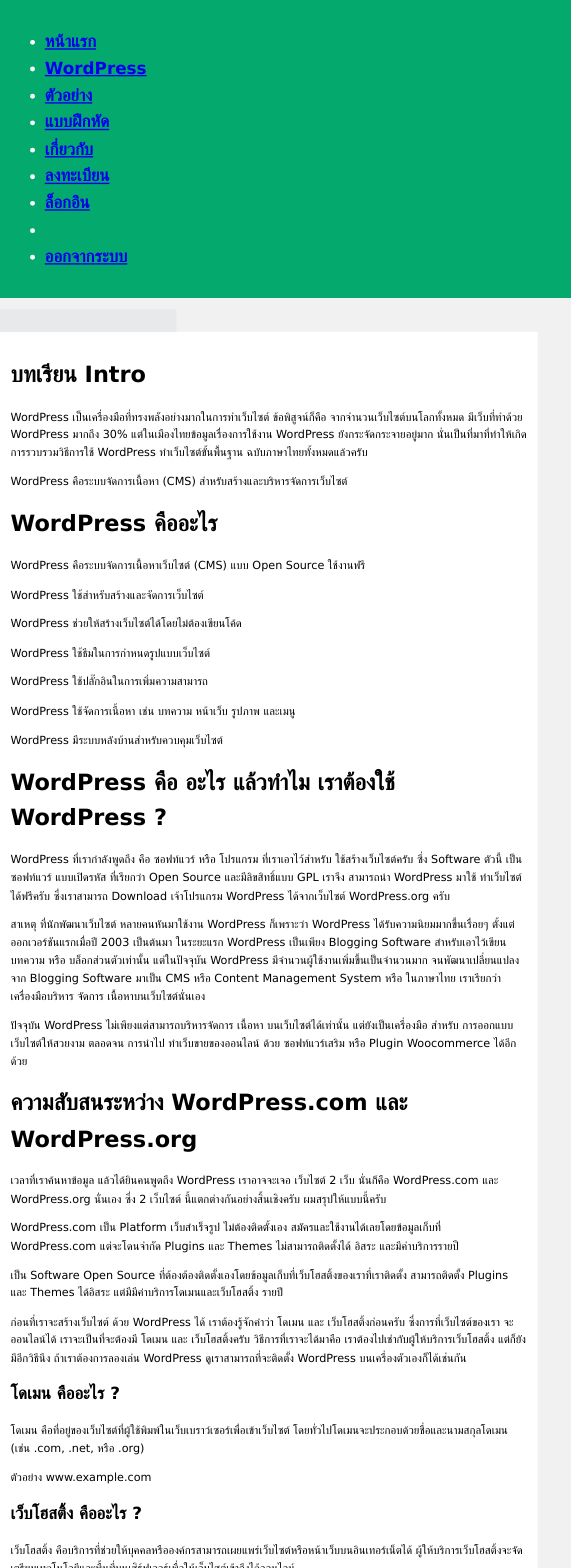
Repository: staggil/thesis
Page: lessons/intro.html
An editor plug-in stored every save of this project. The page is shown before and after the next save, followed by the edit.
The browser window is 768 px wide. The page is 816 px wide, so the pictures cover 816 px, including what lies to the right of the window. The pictures show the part of the page from y = 0 to 2240 px (the page is 3509 px tall before and 3883 px after), at 70% of full size.
The page's requests for data from a server got no answer.

Above is the page before, as saved 2025-12-15 07:09:25.

After the next save:
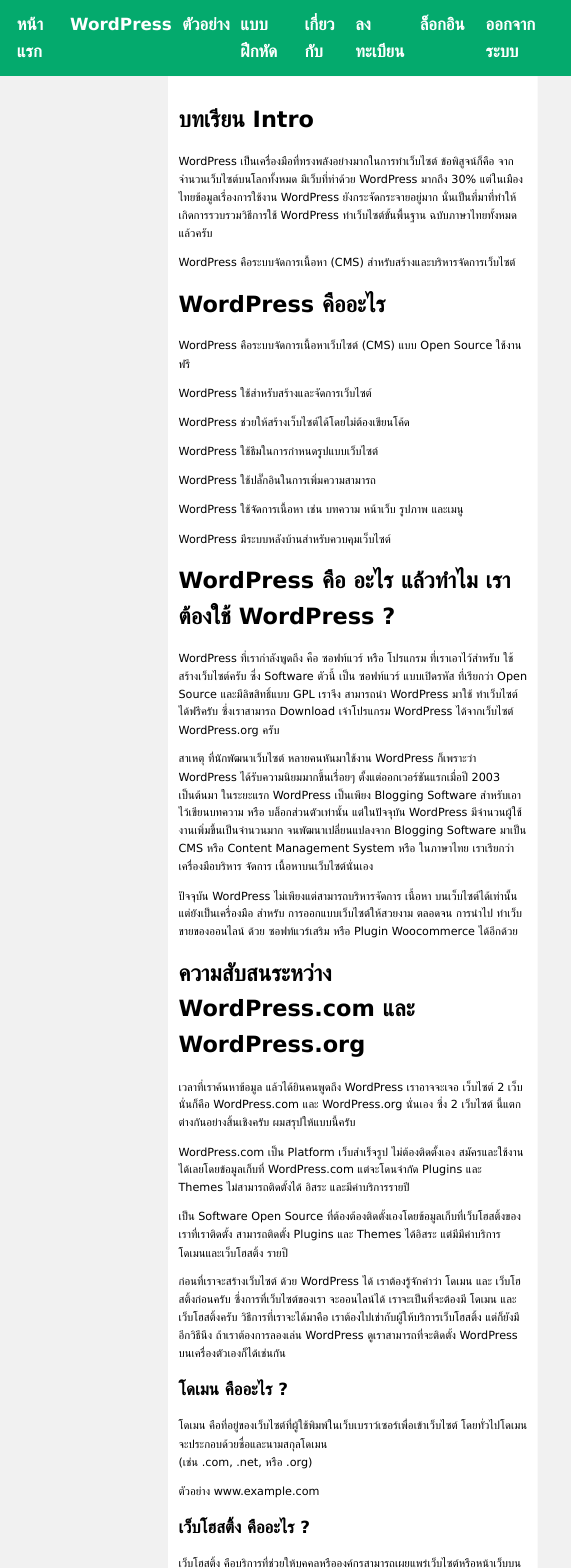
Saved 22 s later.
--- a/style.css
+++ b/style.css
@@ -6,54 +6,63 @@
     line-height: 1.6;
 }
 
-/* =========================
-   Header
-   ========================= */
+
 #header-placeholder {
     background-color: #04AA6D;
     color: white;
     padding: 16px 24px;
     font-size: 24px;
     font-weight: bold;
-    position: sticky;  /* ติดด้านบน */
-    top: 0;
-    z-index: 1000;
-    width: 100%;
+     position: sticky;  /* หรือ fixed ก็ได้ */
+    top: 0;            /* ติดด้านบน */
+    z-index: 1000;     /* อยู่เหนือ content */
+    width: 100%;       /* เต็มความกว้างหน้าจอ */
+}
+
+.navbar ul {
+    list-style: none;
+    display: flex;
+    gap: 15px;
+    padding: 0;
+    margin: 0;
+}
+
+.navbar ul li a {
+    color: white;
+    text-decoration: none;
 }
 
 /* =========================
-   Layout & Sidebar
+   Sidebar
    ========================= */
 .layout {
     display: flex;
-    max-width: 1200px;
-    margin: 0 auto;
-    align-items: flex-start;
-    padding-top: 16px;
+    max-width: 100%;  /* ขยายเต็มหน้าจอ */
+    margin: 0;         /* ไม่มี margin */
 }
 
-#sidebar-wrapper {
-    position: sticky;
-    top: 70px;
+#sidebar {
+     position: fixed;
+    top: 0;
+    left: 0;
     width: 220px;
-    flex-shrink: 0;
+    height: 100vh;       /* สูงเต็มหน้าจอ */
+    overflow-y: auto;    /* scroll ภายใน sidebar */
     background-color: #e7e9eb;
     padding: 16px;
-    max-height: calc(100vh - 70px);
-    overflow-y: auto;
+    z-index: 10;
 }
 
-/* เนื้อหาภายใน sidebar-wrapper */
-#sidebar-wrapper ul {
+#sidebar ul {
     list-style: none;
     padding: 0;
 }
 
-#sidebar-wrapper ul li {
+#sidebar ul li {
     margin-bottom: 10px;
 }
 
-#sidebar-wrapper ul li a {
+#sidebar ul li a {
     text-decoration: none;
     color: #333;
     display: block;
@@ -62,31 +71,6 @@
     transition: background 0.3s;
 }
 
-#sidebar-wrapper ul li a:hover {
-    background-color: #ddd;
-}
-
-#sidebar {
-      background-color: #e7e9eb;
-    padding: 0; /* padding ย้ายไป wrapper */
-}
-
-/* sidebar link */
-#sidebar ul {
-    list-style: none;
-    padding: 0;
-}
-#sidebar ul li {
-    margin-bottom: 10px;
-}
-#sidebar ul li a {
-    text-decoration: none;
-    color: #333;
-    display: block;
-    padding: 8px;
-    border-radius: 4px;
-    transition: background 0.3s;
-}
 #sidebar ul li a:hover {
     background-color: #ddd;
 }
@@ -95,11 +79,20 @@
    Main Content
    ========================= */
 #main-content {
-    flex: 1;
-    margin-left: 16px; /* เว้นซ้ายให้ sidebar */
+    flex: 1;  /* ขยายเต็มที่ตามพื้นที่ layout */
     background-color: #fff;
     padding: 32px;
-    max-width: 960px;
+    max-width: 960px; /* เหมือน W3Schools */
+    margin-left: 240px;  /* เว้นซ้ายเท่าความกว้าง sidebar */
+    padding: 32px;
+
+}
+
+/* กรณีหน้า index.html ไม่มี sidebar */
+body.index #main-content {
+    margin-left: 0;
+    max-width: 700px;        /* กว้างเท่ากับหน้าที่มี sidebar */
+    margin: 0 auto;          /* จัด content กลางหน้า */
 }
 
 /* =========================
@@ -110,28 +103,53 @@
     color: white;
     text-align: center;
     padding: 15px;
-    clear: both;
-    margin-top: 16px;
 }
 
-/* =========================
-   Responsive
-   ========================= */
 @media screen and (max-width: 768px) {
     .layout {
         flex-direction: column;
     }
 
-    .sidebar-wrapper,
     #sidebar {
         width: 100%;
+        height: auto;
         position: relative;
-        max-height: none;
     }
 
     #main-content {
-        margin-left: 0;
         max-width: 100%;
         padding: 15px;
     }
 }
+
+
+/* =========================
+   Empty sidebar
+   ========================= */
+#sidebar.empty-sidebar {
+    background-color: #fff;   /* สีเดียวกับ container */
+           /* คง padding เดิมถ้าอยากให้ layoutเหมือนหน้าที่มี sidebar */
+    /* อย่าแก้ width หรือ float */
+}
+
+/* หน้า login ให้ layout อยู่กลางและสวยขึ้น */
+body.login-page #main-content {
+    max-width: 400px;       /* กว้างแค่พอ form */
+    margin: 50px auto;      /* จัดกลางแนวนอนและเว้นบน */
+    padding: 20px;
+    background-color: #fff; /* เหมือน container */
+    border-radius: 8px;
+    box-shadow: 0 0 10px rgba(0,0,0,0.1);
+}
+
+
+
+/* หน้า register ให้ layout อยู่กลางเหมือน login */
+body.register-page #main-content {
+    max-width: 400px;          /* กว้างพอ form */
+    margin: 50px auto;         /* จัดกลางหน้า */
+    padding: 20px;
+    background-color: #fff;    /* เหมือน container */
+    border-radius: 8px;
+    box-shadow: 0 0 10px rgba(0,0,0,0.1);
+}
